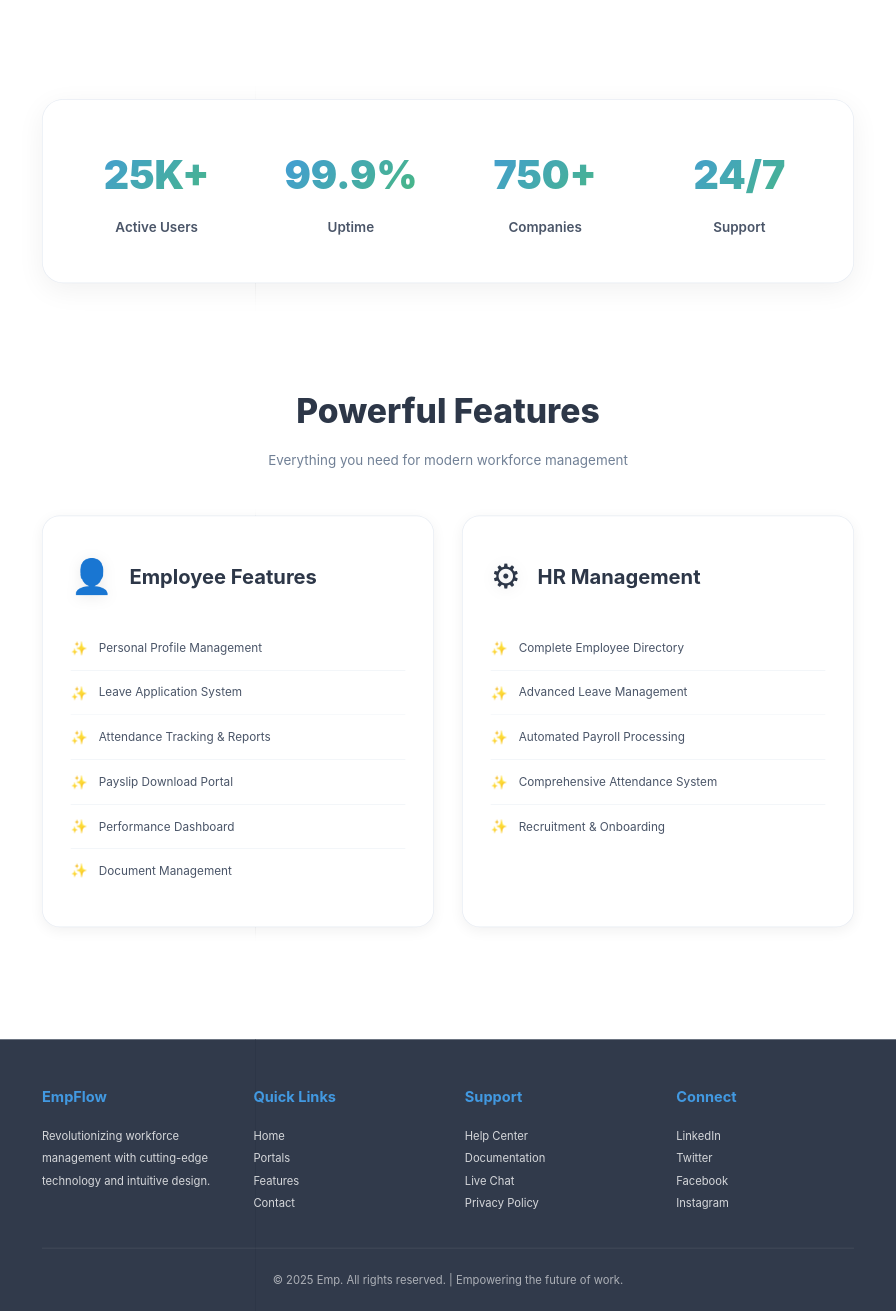
Repository: Shwetannarkhede/EmployeeHub
Page: EmployeeManagemntSystem/src/main/webapp/Home.html
These files come from the project's save history. The page is drawn as it stood at one moment and after the next save; the edit follows.
The browser window is 1280 px wide. The pictures show the part of the page from y = 1602 to 3522 px (the page is 3475 px tall before and 3522 px after), at 70% of full size.

Above is the page before, as saved 2025-09-23 15:07:30.

### EmployeeManagemntSystem/src/main/webapp/Home.html
<!DOCTYPE html>
<html lang="en">
<head>
    <meta charset="UTF-8">
    <meta name="viewport" content="width=device-width, initial-scale=1.0">
    <title>EmpFlow - Modern Employee Management</title>
    <link rel="stylesheet" href="home.css">
</head>
<body>
    <header>
        <nav class="container">
            <a href="#" class="logo">Emp</a>
            <ul class="nav-links">
                <li><a href="Home.html">Home</a></li>
                <li><a href="#portals">Portals</a></li>
                <li><a href="#features">Features</a></li>
                <li><a href="about.html">About</a></li>
                <li><a href="contact.html">Contact</a></li>
            </ul>
            <div class="auth-buttons">
                <a href="login.html" class="btn-nav btn-login">Login</a>
                <a href="Registration.html" class="btn-nav btn-register">Register</a>
            </div>
            <button class="mobile-menu">☰</button>
        </nav>
    </header>

    <main class="container">
        <section class="hero" id="home">
            <h1>Next-Gen Workforce Management</h1>
            <p class="hero-subtitle">Experience the future of employee management with our intelligent, cloud-based platform. Streamline HR operations, boost productivity, and create extraordinary workplace experiences.</p>
        </section>

        <section class="portal-section" id="portals">
            <h2>Choose Your Experience</h2>
            <p class="portal-subtitle">Select your portal and unlock powerful features tailored for your role</p>

            <div class="portal-grid">
                <div class="portal-card">
                    <span class="portal-icon">👨‍💼</span>
                    <h3>Employee Portal</h3>
                    <p>Your personal workspace to manage profile, track attendance, apply for leaves, and download payslips with ease and efficiency.</p>
                    <div class="card-buttons">
                        <a href="login.html" class="btn btn-primary">🚀 Employee Login</a>
                        <a href="Registration.html" class="btn btn-secondary">📝 Join Now</a>
                    </div>
                </div>

                <div class="portal-card">
                    <span class="portal-icon">👩‍💻</span>
                    <h3>HR Management Hub</h3>
                    <p>Complete HR control center for managing employees, processing payrolls, handling requests, and generating comprehensive reports.</p>
                    <div class="card-buttons">
                        <a href="login.html" class="btn btn-accent">⚡ HR Login</a>
                        <a href="Registration.html" class="btn btn-secondary">🎯 HR Register</a>
                    </div>
                </div>
            </div>
        </section>

        <section class="stats">
            <div class="stats-grid">
                <div class="stat-item">
                    <h3>25K+</h3>
                    <p>Active Users</p>
                </div>
                <div class="stat-item">
                    <h3>99.9%</h3>
                    <p>Uptime</p>
                </div>
                <div class="stat-item">
                    <h3>750+</h3>
                    <p>Companies</p>
                </div>
                <div class="stat-item">
                    <h3>24/7</h3>
                    <p>Support</p>
                </div>
            </div>
        </section>

        <section class="features" id="features">
            <h2>Powerful Features</h2>
            <p class="features-subtitle">Everything you need for modern workforce management</p>

            <div class="features-container">
                <div class="feature-section">
                    <div class="section-header">
                        <span class="section-icon">👤</span>
                        <h3 class="section-title">Employee Features</h3>
                    </div>
                    <ul class="feature-list">
                        <li>Personal Profile Management</li>
                        <li>Leave Application System</li>
                        <li>Attendance Tracking & Reports</li>
                        <li>Payslip Download Portal</li>
                        <li>Performance Dashboard</li>
                        <li>Document Management</li>
                    </ul>
                </div>

                <div class="feature-section">
                    <div class="section-header">
                        <span class="section-icon">⚙</span>
                        <h3 class="section-title">HR Management</h3>
                    </div>
                    <ul class="feature-list">
                        <li>Complete Employee Directory</li>
                        <li>Advanced Leave Management</li>
                        <li>Automated Payroll Processing</li>
                        <li>Comprehensive Attendance System</li>
                        <li>Recruitment & Onboarding</li>

                    </ul>
                </div>
            </div>
        </section>
    </main>

    <footer>
        <div class="container">
            <div class="footer-content">
                <div class="footer-section">
                    <h4>EmpFlow</h4>
                    <p>Revolutionizing workforce management with cutting-edge technology and intuitive design.</p>
                </div>
                <div class="footer-section">
                    <h4>Quick Links</h4>
                    <p><a href="#home">Home</a></p>
                    <p><a href="#portals">Portals</a></p>
                    <p><a href="#features">Features</a></p>
                    <p><a href="#contact">Contact</a></p>
                </div>
                <div class="footer-section">
                    <h4>Support</h4>
                    <p><a href="#">Help Center</a></p>
                    <p><a href="#">Documentation</a></p>
                    <p><a href="#">Live Chat</a></p>
                    <p><a href="#">Privacy Policy</a></p>
                </div>
                <div class="footer-section">
                    <h4>Connect</h4>
                    <p><a href="#">LinkedIn</a></p>
                    <p><a href="#">Twitter</a></p>
                    <p><a href="#">Facebook</a></p>
                    <p><a href="#">Instagram</a></p>
                </div>
            </div>
            <div class="footer-bottom">
                <p>&copy; 2025 Emp. All rights reserved. | Empowering the future of work.</p>
            </div>
        </div>
    </footer>


</body>
</html>

Loaded but not shown: EmployeeManagemntSystem/src/main/webapp/home.css (737 lines, source omitted)

After the next save:
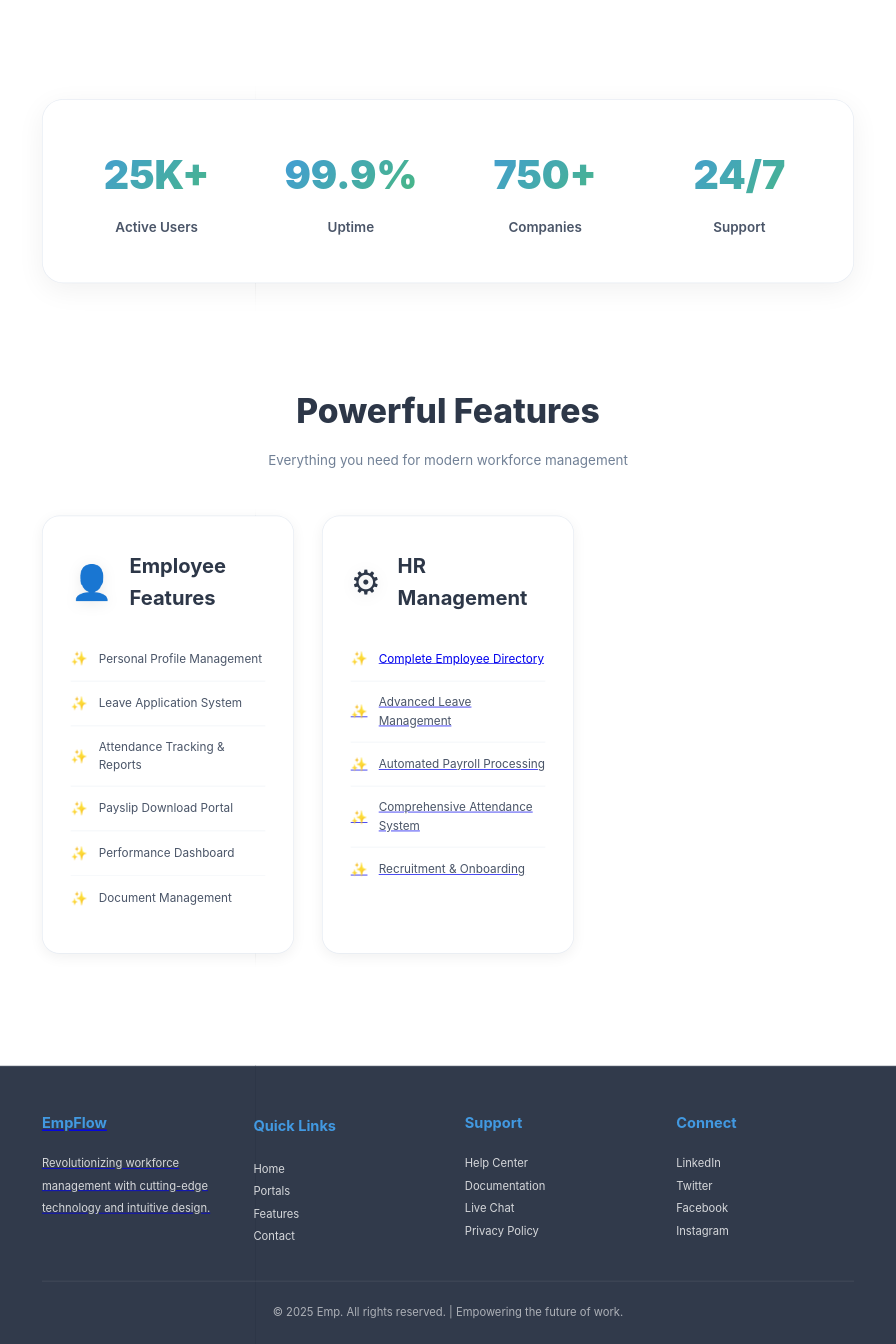
Saved 54 s later.
--- a/EmployeeManagemntSystem/src/main/webapp/Home.html
+++ b/EmployeeManagemntSystem/src/main/webapp/Home.html
@@ -105,7 +105,7 @@
                         <h3 class="section-title">HR Management</h3>
                     </div>
                     <ul class="feature-list">
-                        <li>Complete Employee Directory</li>
+                        <li><a href="Home.html">Complete Employee Directory</li>
                         <li>Advanced Leave Management</li>
                         <li>Automated Payroll Processing</li>
                         <li>Comprehensive Attendance System</li>

After the save that followed:
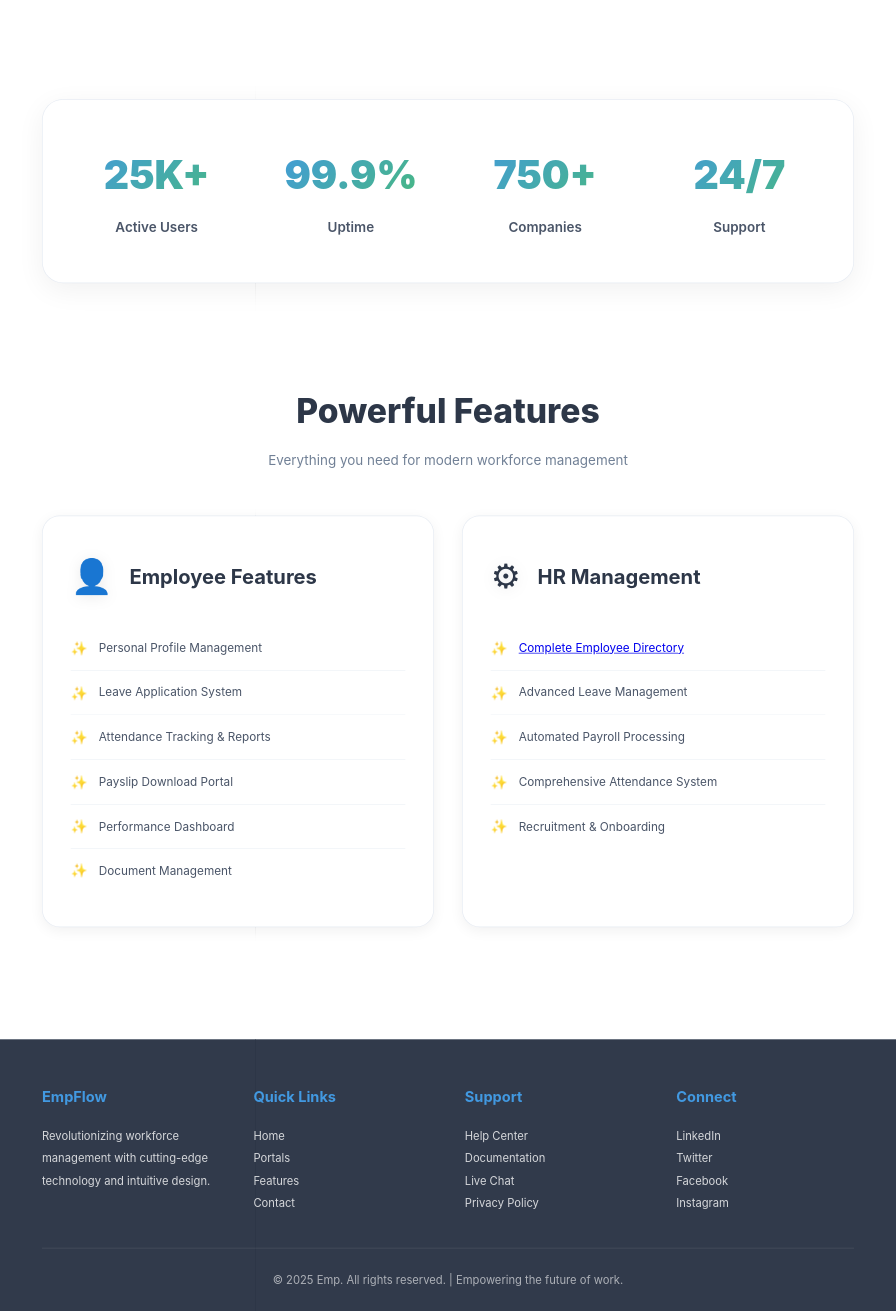
Saved 5 s later.
--- a/EmployeeManagemntSystem/src/main/webapp/Home.html
+++ b/EmployeeManagemntSystem/src/main/webapp/Home.html
@@ -105,7 +105,7 @@
                         <h3 class="section-title">HR Management</h3>
                     </div>
                     <ul class="feature-list">
-                        <li><a href="Home.html">Complete Employee Directory</li>
+                        <li><a href="Home.html">Complete Employee Directory</a></li>
                         <li>Advanced Leave Management</li>
                         <li>Automated Payroll Processing</li>
                         <li>Comprehensive Attendance System</li>
